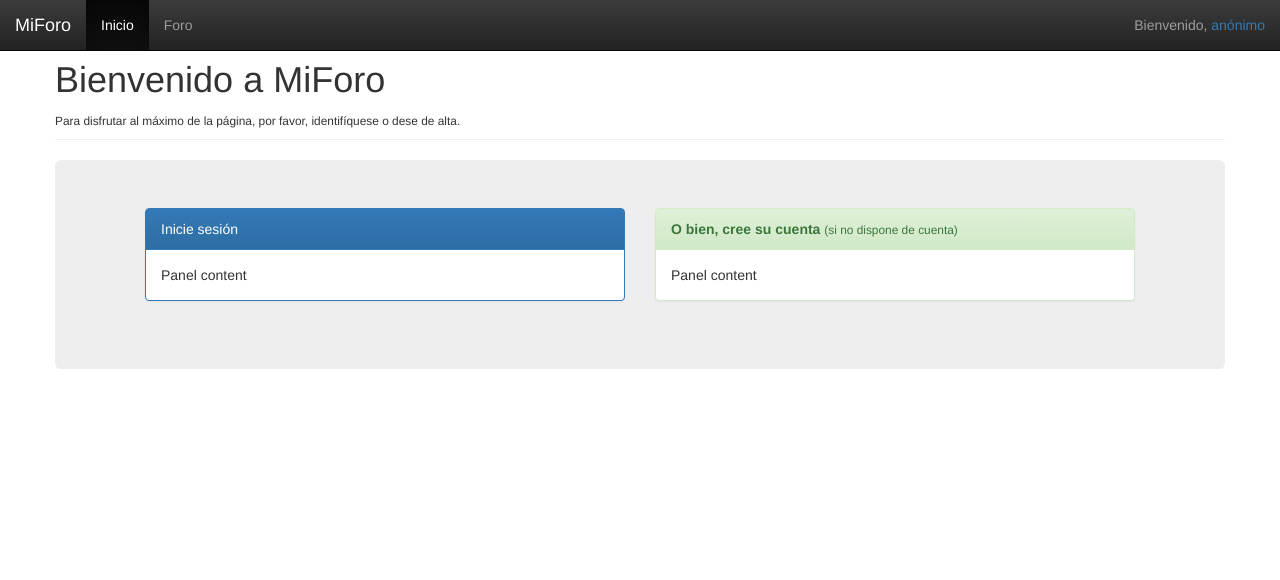
Repository: Myugen/EjercicioPHP
Page: http://localhost/
An editor plug-in stored every save of this project. The page is shown before and after the next save, followed by the edit.
The browser window is 1280 px wide. The pictures show the whole page.
Some web libraries are served in a nearby version. The page is run by PHP 8.4 with error messages shown; the project is at /var/www/html/.

Above is the page before, as saved 2015-11-27 19:35:37.
Not found: ProyectoFinalForo/jsfile

### ProyectoFinalForo/index.php
<?php
session_start();
?>
<!DOCTYPE html>
<html lang="es-ES">
<head>
    <meta charset="UTF-8">
    <!-- JQuery -->
    <script src="https://ajax.googleapis.com/ajax/libs/jquery/1.11.3/jquery.min.js"></script>

    <!-- Latest compiled and minified CSS -->
    <link rel="stylesheet" href="https://maxcdn.bootstrapcdn.com/bootstrap/3.3.6/css/bootstrap.min.css">

    <!-- Optional theme -->
    <link rel="stylesheet" href="https://maxcdn.bootstrapcdn.com/bootstrap/3.3.6/css/bootstrap-theme.min.css">

    <!-- Latest compiled and minified JavaScript -->
    <script src="https://maxcdn.bootstrapcdn.com/bootstrap/3.3.6/js/bootstrap.min.js"></script>
    <script type="text/javascript" src="jsfile"></script>
    <title>Inicio</title>
</head>
<body>
    <div class="container">
    	<div class="row">
    	<nav class="navbar navbar-fixed-top navbar-inverse">
    		<a class="navbar-brand" href="#">MiForo</a>
  			<ul class="nav navbar-nav navbar-left">
	    		<li class="nav-item active">
	      			<a class="nav-link" href="#">Inicio<span class="sr-only">(current)</span></a>
	    		</li>
	    		<li class="nav-item">
	      			<a class="nav-link" href="#">Foro</a>
	    		</li>
    		</ul>
    		<ul class="nav navbar-nav navbar-right">
    			<li class="nav-item" style="padding-right: 15px">
    				<p class="navbar-text">Bienvenido, <a class="nav-link">anónimo</a></p>
    			</li>
    		</ul>
    	</nav>
    	</div>
    	<div class="row" style="padding-top: 20px">
    		<div class="page-header">
    			<h1>Bienvenido a MiForo</h1>
    			<small>Para disfrutar al máximo de la página, por favor, identifíquese o dese de alta.</small>
    		</div>
    	</div>
    	<div class="row">
	    	<div class="jumbotron">
	    	<div class="container">
	    	<div class="col-md-6">
	    		<div class="panel panel-primary">
  					<div class="panel-heading">Inicie sesión</div>
  					<div class="panel-body">
    					Panel content
  					</div>
				</div>
	    	</div>
	    	<div class="col-md-6">
		    	<div class="panel panel-success">
	  				<div class="panel-heading"><b>O bien, cree su cuenta</b> <small>(si no dispone de cuenta)</small></div>
	  				<div class="panel-body">
	    				Panel content
	  				</div>
				</div>
	    	</div>
	    	</div>
	    	</div>
    	</div>
    </div>
</body>
</html>

After the next save:
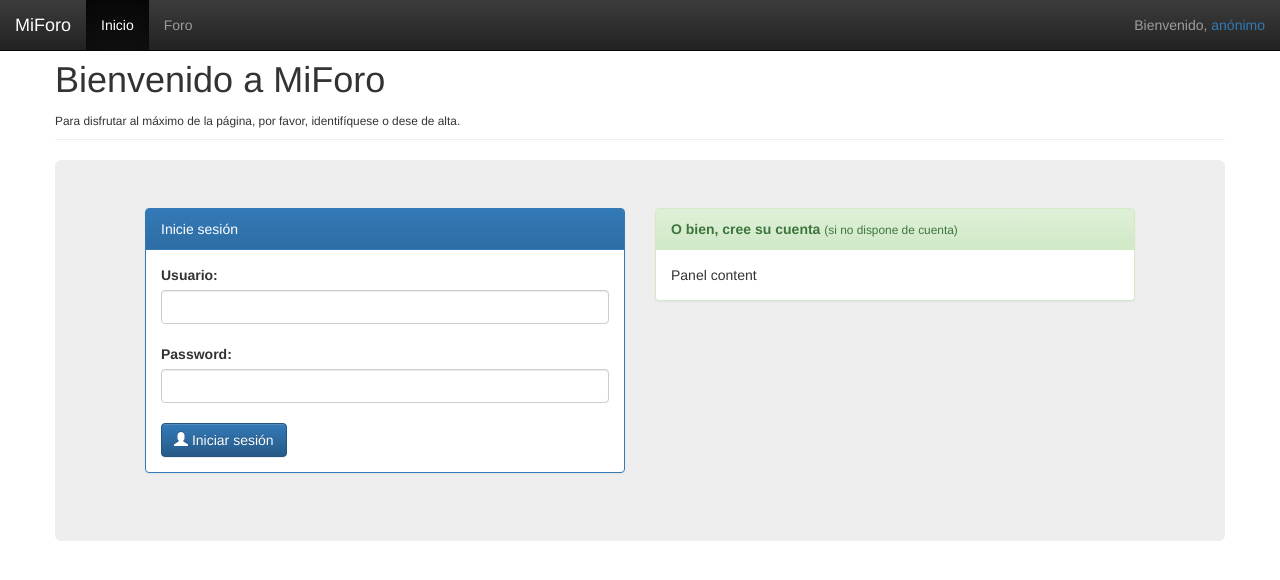
Saved 19 min 44 s later.
--- a/ProyectoFinalForo/index.php
+++ b/ProyectoFinalForo/index.php
@@ -52,7 +52,16 @@ session_start();
 	    		<div class="panel panel-primary">
   					<div class="panel-heading">Inicie sesión</div>
   					<div class="panel-body">
-    					Panel content
+    					<form action="resultado_autenticacion.php" method="post" role="form">
+							<label for="textBoxUsuario">Usuario:</label>
+							<input type="text" name="userIn" id="textBoxUsuario" class="form-control"/><br>
+							<label for="textBoxPassword">Password:</label>
+							<input type="password" name="passwordIn" id="textBoxPassword" class="form-control"/><br>
+							<button type="submit" class="btn btn-primary">
+								<span class="glyphicon glyphicon-user" aria-hidden="true"></span>
+								Iniciar sesión
+							</button>
+						</form>
   					</div>
 				</div>
 	    	</div>
